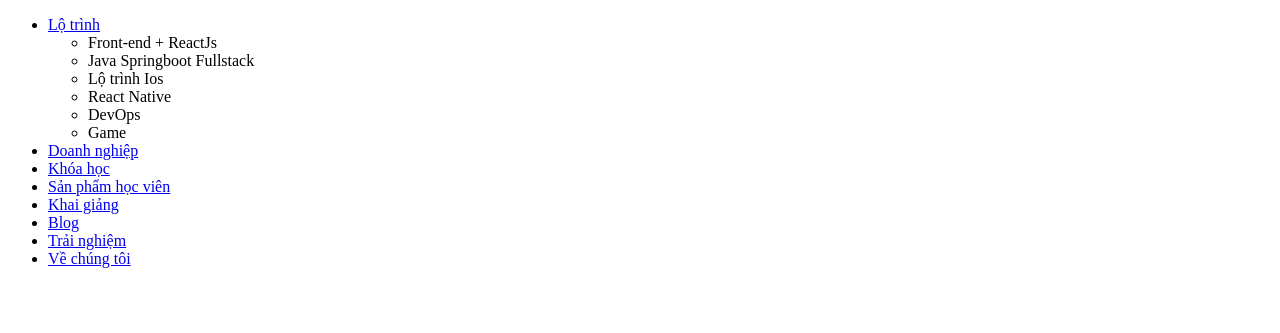
Repository: khanhnahk306/khanhnahk.github.io
Page: flexbox/html/megamenu.html
An editor plug-in stored every save of this project. The page is shown before and after the next save, followed by the edit.
The browser window is 1280 px wide. The pictures show the whole page.

Above is the page before, as saved 2022-01-28 10:33:30.

### flexbox/html/megamenu.html
<!DOCTYPE html>
<html lang="en">
<head>
    <meta charset="UTF-8">
    <meta http-equiv="X-UA-Compatible" content="IE=edge">
    <meta name="viewport" content="width=device-width, initial-scale=1.0">
    <title>Menu đa cấp</title>
</head>
<body>
    <!-- <h1>Menu đa cấp</h1> -->
    <div class="megamenu">
        <ul class="nav">
            <li>
                <a href="#">Lộ trình</a>
                <div class="nav-column">
                    <ul>
                        <li>Front-end + ReactJs</li>
                        <li>Java Springboot Fullstack</li>
                        <li>Lộ trình Ios</li>
                        <li>React Native</li>
                        <li>DevOps</li>
                        <li>Game</li>
                    </ul>
                </div>
            </li>
            <li>
                <a href="#">Doanh nghiệp</a>
            </li>
            <li>
                <a href="#">Khóa học</a>
            </li>
            <li>
                <a href="#">Sản phẩm học viên</a>
            </li>
            <li>
                <a href="#">Khai giảng</a>
            </li>
            <li>
                <a href="#">Blog</a>
            </li>
            <li>
                <a href="#">Trải nghiệm</a>
            </li>
            <li>
                <a href="#">Về chúng tôi</a>
            </li>
        </ul>
    </div>
</body>
</html>

After the next save:
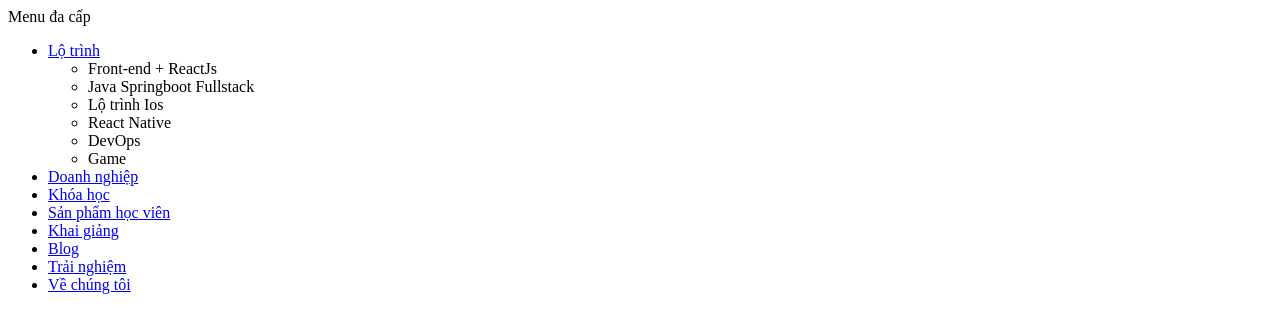
Saved 14 s later.
--- a/flexbox/html/megamenu.html
+++ b/flexbox/html/megamenu.html
@@ -4,6 +4,7 @@
     <meta charset="UTF-8">
     <meta http-equiv="X-UA-Compatible" content="IE=edge">
     <meta name="viewport" content="width=device-width, initial-scale=1.0">
+    <limk
     <title>Menu đa cấp</title>
 </head>
 <body>

After the save that followed:
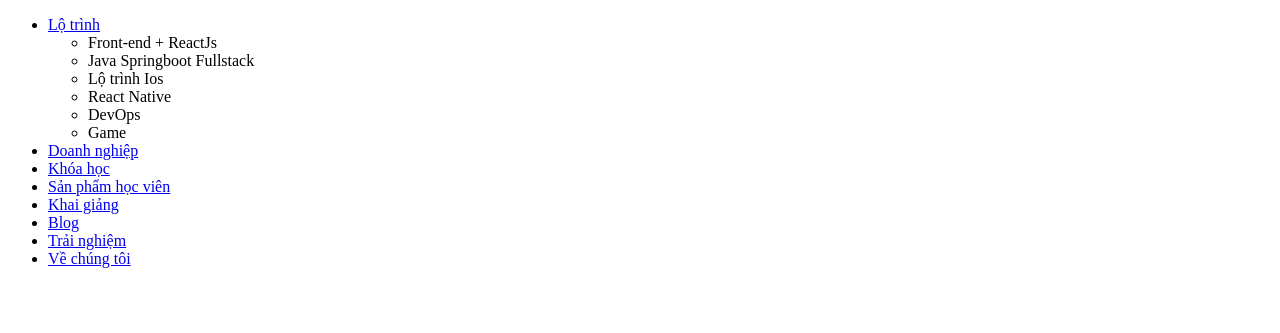
Saved 4 s later.
--- a/flexbox/html/megamenu.html
+++ b/flexbox/html/megamenu.html
@@ -4,7 +4,7 @@
     <meta charset="UTF-8">
     <meta http-equiv="X-UA-Compatible" content="IE=edge">
     <meta name="viewport" content="width=device-width, initial-scale=1.0">
-    <limk
+    <link re>
     <title>Menu đa cấp</title>
 </head>
 <body>
